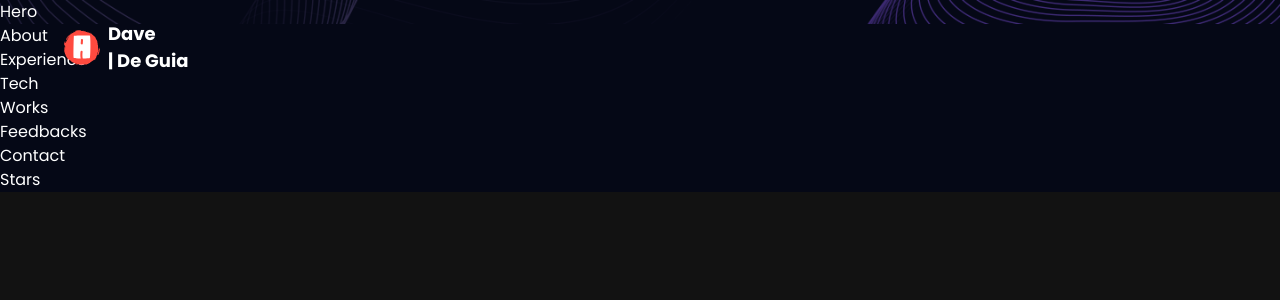
Repository: davedeguia/3d-portfolio
Page: /
An editor plug-in stored every save of this project. The page is shown before and after the next save, followed by the edit.
The browser window is 1280 px wide. The pictures show the whole page.
The project was rebuilt for these pictures with package versions that can differ from the ones it lists, and the page was loaded fresh each time. Also part of the build but not shown: vite.config.js, src/components/canvas/Earth.jsx, src/components/canvas/Ball.jsx, src/components/canvas/Computers.jsx.

Above is the page before, as saved 2023-03-04 14:34:21.

### index.html
<!DOCTYPE html>
<html lang="en">
  <head>
    <meta charset="UTF-8" />
    <link rel="icon" type="image/svg+xml" href="/logo.svg" />
    <meta name="viewport" content="width=device-width, initial-scale=1.0" />
    <title>Dave | Portfolio</title>
  </head>
  <body>
    <div id="root"></div>
    <script type="module" src="/src/main.jsx"></script>
  </body>
</html>

### src/App.jsx
import { BrowserRouter } from 'react-router-dom'
import {
  About,
  Contact,
  Experience,
  Feedbacks,
  Hero,
  Navbar,
  Tech,
  Works,
  StarsCanvas,
} from './components'

const App = () => {
  return (
    <BrowserRouter>
      <div className='relative z-0 bg-primary'>
        <div className='bg-hero-pattern bg-cover bg-no-repeat bg-center'>
          <Navbar />
          <Hero />
        </div>
        <About />
        <Experience />
        <Tech />
        <Works />
        <Feedbacks />
        <div className='relative z-0'>
          <Contact />
          <StarsCanvas />
        </div>
      </div>
    </BrowserRouter>
  )
}

export default App

### src/components/Navbar.jsx
import React, { useEffect, useState } from 'react'
import { Link } from 'react-router-dom'
import { styles } from '../styles'
import { navLinks } from '../constants'
import { logo, menu, close } from '../assets'

const Navbar = () => {
  const [active, setActive] = useState('')
  return (
    <nav
      className={`${styles.paddingX} w-full flex items-center py-5 fixed top-0 z-20`}
    >
      <div className='w-full flex justify-between items-center max-w-7xl mx-auto'>
        <Link
          to='/'
          className='flex items-center gap-2'
          onClick={() => {
            setActive('')
            window.scrollTo(0, 0)
          }}
        >
          <img src={logo} alt='logo' className='w-9 h-9 object-contain' />
          <p className='text-white text-[18px] font-bold cursor-pointer'>
            Dave <span className='sm:block hidden'>| De Guia</span>
          </p>
        </Link>
      </div>
    </nav>
  )
}

export default Navbar

### src/styles.js
const styles = {
  paddingX: 'sm:px-16 px-6',
  paddingY: 'sm:py-16 py-6',
  padding: 'sm:px-16 px-6 sm:py-16 py-10',

  heroHeadText:
    'font-black text-white lg:text-[80px] sm:text-[60px] xs:text-[50px] text-[40px] lg:leading-[98px] mt-2',
  heroSubText:
    'text-[#dfd9ff] font-medium lg:text-[30px] sm:text-[26px] xs:text-[20px] text-[16px] lg:leading-[40px]',

  sectionHeadText:
    'text-white font-black md:text-[60px] sm:text-[50px] xs:text-[40px] text-[30px]',
  sectionSubText:
    'sm:text-[18px] text-[14px] text-secondary uppercase tracking-wider',
}

export { styles }

### src/constants/index.js
import {
  mobile,
  backend,
  creator,
  web,
  javascript,
  typescript,
  html,
  css,
  reactjs,
  redux,
  tailwind,
  nodejs,
  mongodb,
  git,
  figma,
  docker,
  meta,
  starbucks,
  tesla,
  shopify,
  carrent,
  jobit,
  tripguide,
  threejs,
} from '../assets'

export const navLinks = [
  {
    id: 'about',
    title: 'About',
  },
  {
    id: 'work',
    title: 'Work',
  },
  {
    id: 'contact',
    title: 'Contact',
  },
]

const services = [
  {
    title: 'Web Developer',
    icon: web,
  },
  {
    title: 'React Native Developer',
    icon: mobile,
  },
  {
    title: 'Backend Developer',
    icon: backend,
  },
  {
    title: 'Content Creator',
    icon: creator,
  },
]

const technologies = [
  {
    name: 'HTML 5',
    icon: html,
  },
  {
    name: 'CSS 3',
    icon: css,
  },
  {
    name: 'JavaScript',
    icon: javascript,
  },
  {
    name: 'TypeScript',
    icon: typescript,
  },
  {
    name: 'React JS',
    icon: reactjs,
  },
  {
    name: 'Redux Toolkit',
    icon: redux,
  },
  {
    name: 'Tailwind CSS',
    icon: tailwind,
  },
  {
    name: 'Node JS',
    icon: nodejs,
  },
  {
    name: 'MongoDB',
    icon: mongodb,
  },
  {
    name: 'Three JS',
    icon: threejs,
  },
  {
    name: 'git',
    icon: git,
  },
  {
    name: 'figma',
    icon: figma,
  },
  {
    name: 'docker',
    icon: docker,
  },
]

const experiences = [
  {
    title: 'React.js Developer',
    company_name: 'Starbucks',
    icon: starbucks,
    iconBg: '#383E56',
    date: 'March 2020 - April 2021',
    points: [
      'Developing and maintaining web applications using React.js and other related technologies.',
      'Collaborating with cross-functional teams including designers, product managers, and other developers to create high-quality products.',
      'Implementing responsive design and ensuring cross-browser compatibility.',
      'Participating in code reviews and providing constructive feedback to other developers.',
    ],
  },
  {
    title: 'React Native Developer',
    company_name: 'Tesla',
    icon: tesla,
    iconBg: '#E6DEDD',
    date: 'Jan 2021 - Feb 2022',
    points: [
      'Developing and maintaining web applications using React.js and other related technologies.',
      'Collaborating with cross-functional teams including designers, product managers, and other developers to create high-quality products.',
      'Implementing responsive design and ensuring cross-browser compatibility.',
      'Participating in code reviews and providing constructive feedback to other developers.',
    ],
  },
  {
    title: 'Web Developer',
    company_name: 'Shopify',
    icon: shopify,
    iconBg: '#383E56',
    date: 'Jan 2022 - Jan 2023',
    points: [
      'Developing and maintaining web applications using React.js and other related technologies.',
      'Collaborating with cross-functional teams including designers, product managers, and other developers to create high-quality products.',
      'Implementing responsive design and ensuring cross-browser compatibility.',
      'Participating in code reviews and providing constructive feedback to other developers.',
    ],
  },
  {
    title: 'Full stack Developer',
    company_name: 'Meta',
    icon: meta,
    iconBg: '#E6DEDD',
    date: 'Jan 2023 - Present',
    points: [
      'Developing and maintaining web applications using React.js and other related technologies.',
      'Collaborating with cross-functional teams including designers, product managers, and other developers to create high-quality products.',
      'Implementing responsive design and ensuring cross-browser compatibility.',
      'Participating in code reviews and providing constructive feedback to other developers.',
    ],
  },
]

const testimonials = [
  {
    testimonial:
      'I thought it was impossible to make a website as beautiful as our product, but Rick proved me wrong.',
    name: 'Sara Lee',
    designation: 'CFO',
    company: 'Acme Co',
    image: 'https://randomuser.me/api/portraits/women/4.jpg',
  },
  {
    testimonial:
      "I've never met a web developer who truly cares about their clients' success like Rick does.",
    name: 'Chris Brown',
    designation: 'COO',
    company: 'DEF Corp',
    image: 'https://randomuser.me/api/portraits/men/5.jpg',
  },
  {
    testimonial:
      "After Rick optimized our website, our traffic increased by 50%. We can't thank them enough!",
    name: 'Lisa Wang',
    designation: 'CTO',
    company: '456 Enterprises',
    image: 'https://randomuser.me/api/portraits/women/6.jpg',
  },
]

const projects = [
  {
    name: 'Car Rent',
    description:
      'Web-based platform that allows users to search, book, and manage car rentals from various providers, providing a convenient and efficient solution for transportation needs.',
    tags: [
      {
        name: 'react',
        color: 'blue-text-gradient',
      },
      {
        name: 'mongodb',
        color: 'green-text-gradient',
      },
      {
        name: 'tailwind',
        color: 'pink-text-gradient',
      },
    ],
    image: carrent,
    source_code_link: 'https://github.com/',
  },
  {
    name: 'Job IT',
    description:
      'Web application that enables users to search for job openings, view estimated salary ranges for positions, and locate available jobs based on their current location.',
    tags: [
      {
        name: 'react',
        color: 'blue-text-gradient',
      },
      {
        name: 'restapi',
        color: 'green-text-gradient',
      },
      {
        name: 'scss',
        color: 'pink-text-gradient',
      },
    ],
    image: jobit,
    source_code_link: 'https://github.com/',
  },
  {
    name: 'Trip Guide',
    description:
      'A comprehensive travel booking platform that allows users to book flights, hotels, and rental cars, and offers curated recommendations for popular destinations.',
    tags: [
      {
        name: 'nextjs',
        color: 'blue-text-gradient',
      },
      {
        name: 'supabase',
        color: 'green-text-gradient',
      },
      {
        name: 'css',
        color: 'pink-text-gradient',
      },
    ],
    image: tripguide,
    source_code_link: 'https://github.com/',
  },
]

export { services, technologies, experiences, testimonials, projects }

### src/assets/index.js
import logo from "./logo.svg";
import backend from "./backend.png";
import creator from "./creator.png";
import mobile from "./mobile.png";
import web from "./web.png";
import github from "./github.png";
import menu from "./menu.svg";
import close from "./close.svg";

import css from "./tech/css.png";
import docker from "./tech/docker.png";
import figma from "./tech/figma.png";
import git from "./tech/git.png";
import html from "./tech/html.png";
import javascript from "./tech/javascript.png";
import mongodb from "./tech/mongodb.png";
import nodejs from "./tech/nodejs.png";
import reactjs from "./tech/reactjs.png";
import redux from "./tech/redux.png";
import tailwind from "./tech/tailwind.png";
import typescript from "./tech/typescript.png";
import threejs from "./tech/threejs.svg";

import meta from "./company/meta.png";
import shopify from "./company/shopify.png";
import starbucks from "./company/starbucks.png";
import tesla from "./company/tesla.png";

import carrent from "./carrent.png";
import jobit from "./jobit.png";
import tripguide from "./tripguide.png";

export {
  logo,
  backend,
  creator,
  mobile,
  web,
  github,
  menu,
  close,
  css,
  docker,
  figma,
  git,
  html,
  javascript,
  mongodb,
  nodejs,
  reactjs,
  redux,
  tailwind,
  typescript,
  threejs,
  meta,
  shopify,
  starbucks,
  tesla,
  carrent,
  jobit,
  tripguide,
};

### tailwind.config.cjs
/** @type {import('tailwindcss').Config} */
module.exports = {
  content: ['./src/**/*.{js,jsx}'],
  mode: 'jit',
  theme: {
    extend: {
      colors: {
        primary: '#050816',
        secondary: '#aaa6c3',
        tertiary: '#151030',
        'black-100': '#100d25',
        'black-200': '#090325',
        'white-100': '#f3f3f3',
      },
      boxShadow: {
        card: '0px 35px 120px -15px #211e35',
      },
      screens: {
        xs: '450px',
      },
      backgroundImage: {
        'hero-pattern': "url('/src/assets/herobg.png')",
      },
    },
  },
  plugins: [],
}

Loaded but not shown: src/main.jsx (common file); src/index.css (common file); src/components/index.js (common file); src/components/canvas/index.js (common file); src/components/Hero.jsx (common file); src/components/About.jsx (common file); src/components/Tech.jsx (common file); src/components/Experience.jsx (common file); src/components/Works.jsx (common file); src/components/Feedbacks.jsx (common file); src/components/Contact.jsx (common file); src/components/canvas/Stars.jsx (common file)

After the next save:
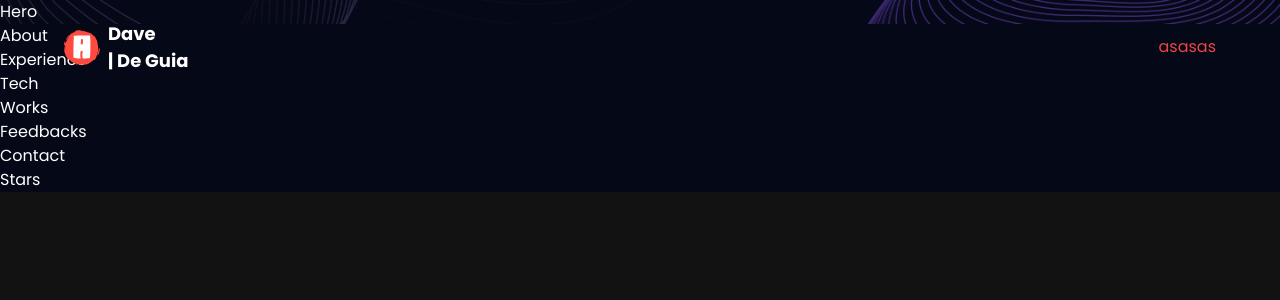
Saved 28 s later.
--- a/src/components/Navbar.jsx
+++ b/src/components/Navbar.jsx
@@ -24,6 +24,7 @@
             Dave <span className='sm:block hidden'>| De Guia</span>
           </p>
         </Link>
+        <p className='text-red-500'>asasas</p>
       </div>
     </nav>
   )
